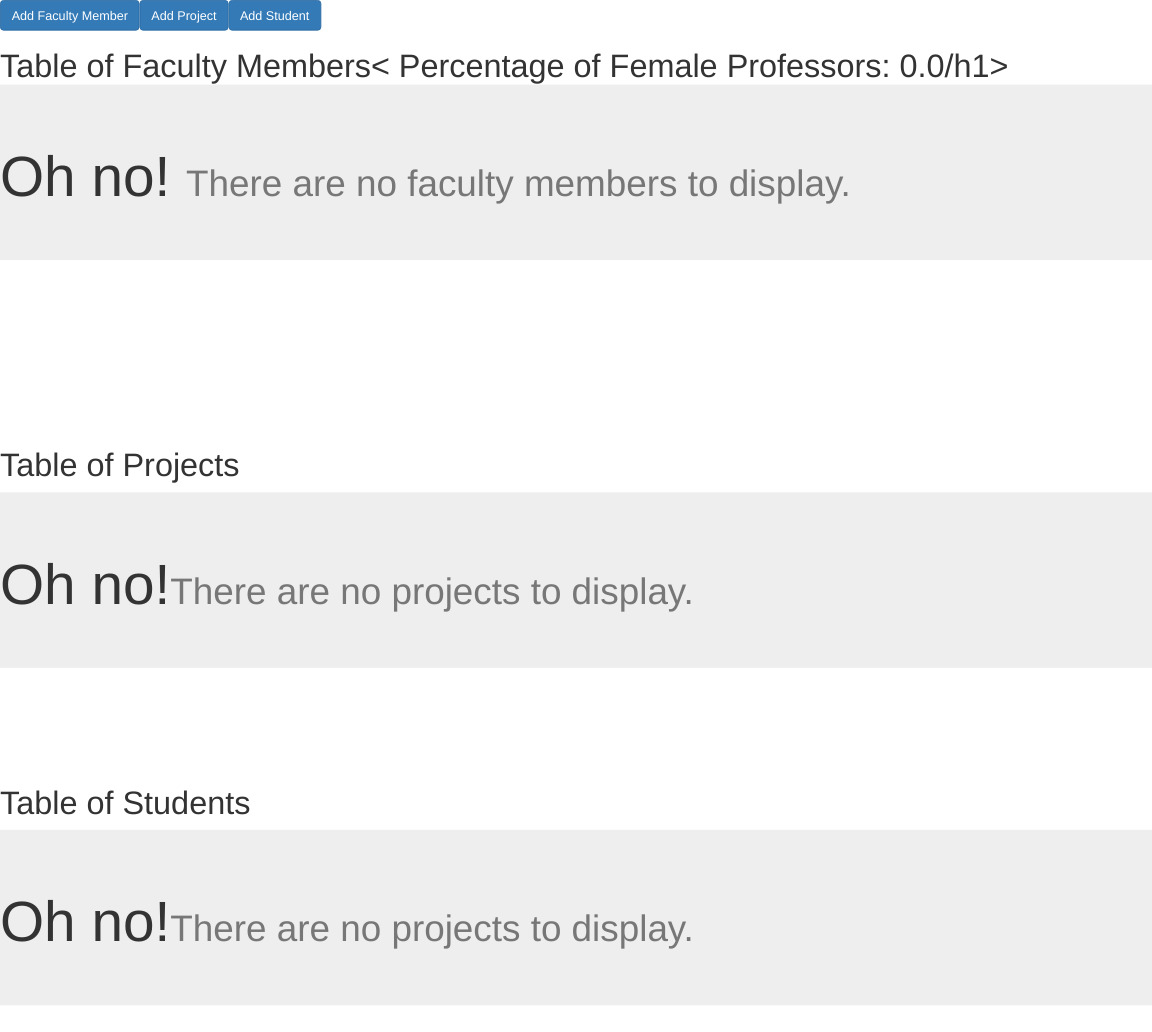
Repository: cpham19/DatabaseSite
Page: http://localhost/database/Table
An editor plug-in stored every save of this project. The page is shown before and after the next save, followed by the edit.
The browser window is 1280 px wide. The pictures show the whole page, at 90% of full size.
The page is served by Tomcat 9. Queries for data that is not in the repository find no rows.

Above is the page before, as saved 2017-08-05 07:11:12.

After the next save:
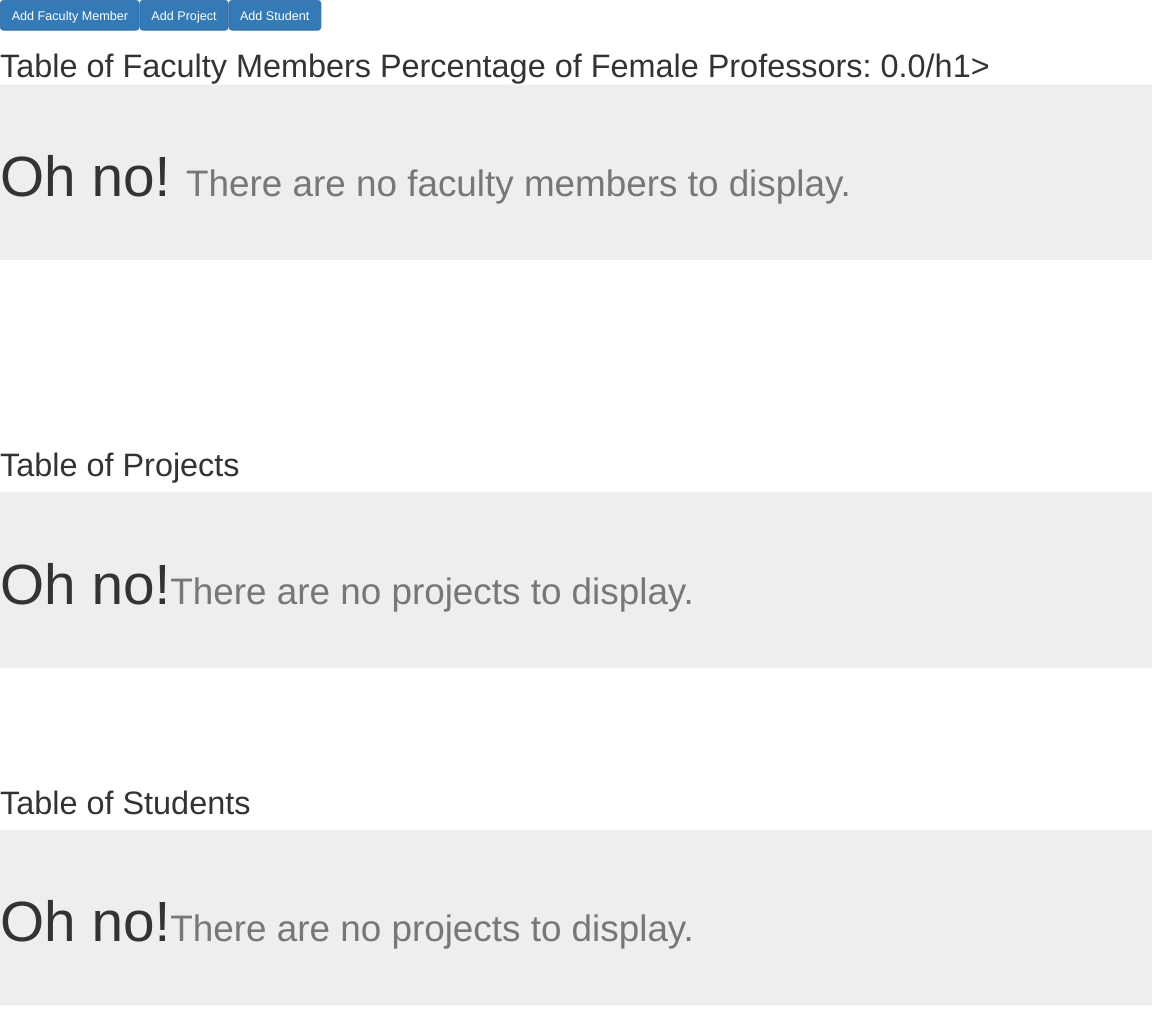
Saved 31 s later.
--- a/database/src/main/webapp/Table.jsp
+++ b/database/src/main/webapp/Table.jsp
@@ -11,7 +11,7 @@
 <body>
 	<a href="AddFaculty.jsp" class="btn btn-primary" role="button">Add Faculty Member</a><a href="AddProject.jsp" class="btn btn-primary" role="button">Add Project</a><a href="AddStudent.jsp" class="btn btn-primary" role="button">Add Student</a>
 
-	<h1>Table of Faculty Members<                      Percentage of Female Professors: ${femaleProfessors}/h1>
+	<h1>Table of Faculty Members                      Percentage of Female Professors: ${femaleProfessors}/h1>
 
 	<br/>
 	<c:if test="${empty faculties}">
